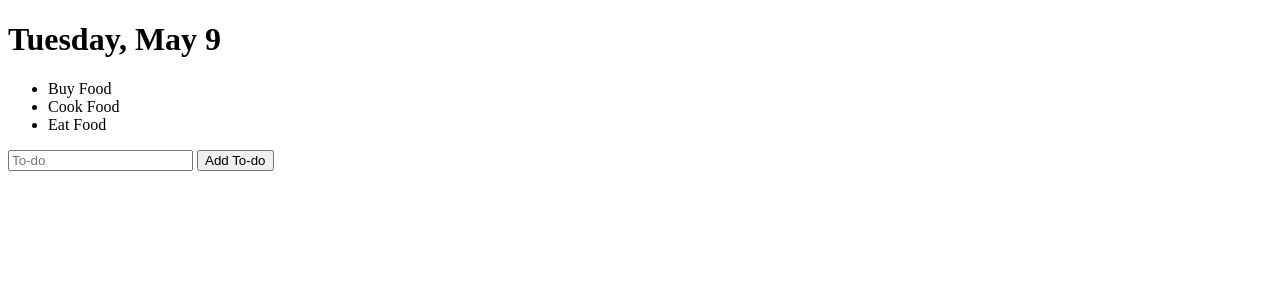
Repository: thecoachanna/todolist-v1
Page: http://localhost/
The author's editor kept a copy of each file at every save. The page is drawn from the files as they stood at one save, then again after a run of saves.
The browser window is 1280 px wide. The pictures show the whole page.
The page is served by the project's Node server (app.js).

Above is the page before, as saved 2023-05-09 07:24:27.

After the next 4 saves:
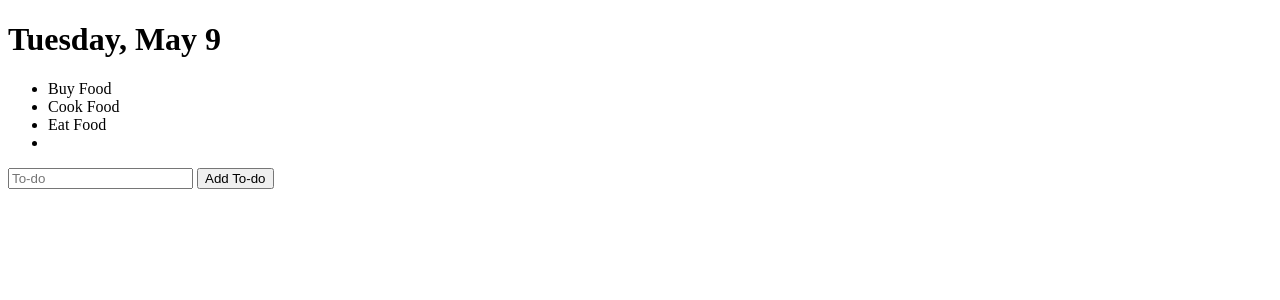
The 4 saves are shown as one change because 1 did not build or start and some came seconds apart.
The last was saved 89 s later.
--- a/views/list.ejs
+++ b/views/list.ejs
@@ -14,6 +14,7 @@
         <li>Buy Food</li>
         <li>Cook Food</li>
         <li>Eat Food</li>
+        <li><%=  %></li>
     </ul>
 
     <form action="/" method="post">
